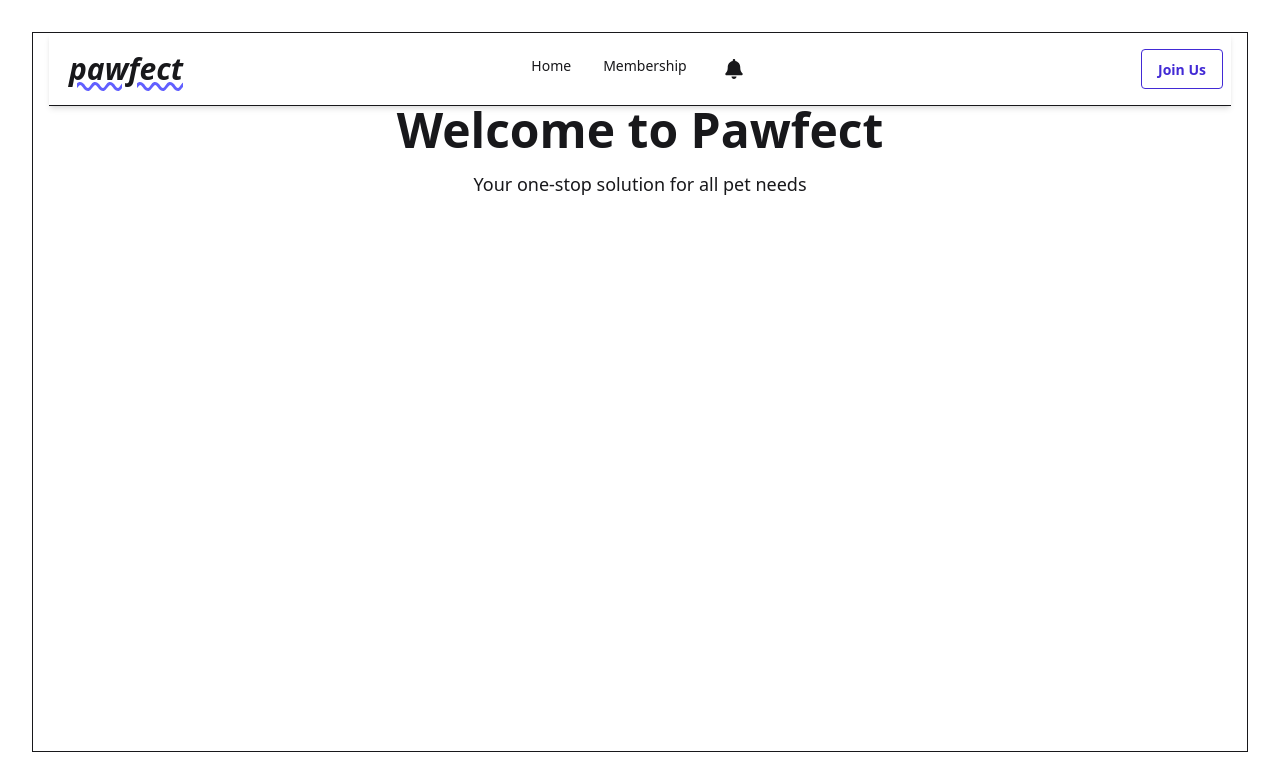
Repository: syedbayzid82849/DevForum_client_site
Page: /
An editor plug-in stored every save of this project. The page is shown before and after the next save, followed by the edit.
The browser window is 1280 px wide. The pictures show the whole page.
The project was rebuilt for these pictures with package versions that can differ from the ones it lists, and the page was loaded fresh each time. Also part of the build but not shown: vite.config.js, src/App.jsx, src/components/Navbar/JoinUsModal.jsx, src/pages/Authentication/Login.jsx, src/pages/Authentication/AuthLayout.jsx, src/pages/Authentication/Register.jsx.

Above is the page before, as saved 2025-07-08 22:39:18.

### src/main.jsx
import { StrictMode } from 'react'
import { createRoot } from 'react-dom/client'
import './index.css'
import App from './App.jsx'
import { RouterProvider } from 'react-router'
import router from './Routers/router.jsx'
import AuthProvider from './context/AuthProvider.jsx'

createRoot(document.getElementById('root')).render(
  <StrictMode>
    <AuthProvider>
      <RouterProvider router={router} />
    </AuthProvider>
  </StrictMode>,
)

### src/Routers/router.jsx
import React from 'react';
import { createBrowserRouter } from 'react-router';
import MainLayout from '../layouts/MainLayout/MainLayout';
import Login from '../pages/Authentication/Login';
import Home from '../pages/Home/Home';
import AuthLayout from '../pages/Authentication/AuthLayout';
import Register from '../pages/Authentication/Register';

const router = createBrowserRouter([
    {
        path: "/",
        element: <MainLayout></MainLayout>,
        children: [
            {
                index: true,
                element: <Home />,
            },
        ],
    },
    {
        path: "/",
        element: <AuthLayout />,
        children: [
            {
                path: "/login",
                element: <Login />,
            },
            {
                path: "/register",
                element: <Register />,
            },
        ],
    },
]);

export default router;

### src/context/AuthProvider.jsx
import React, { useEffect, useState } from 'react';
import { createUserWithEmailAndPassword, GithubAuthProvider, GoogleAuthProvider, onAuthStateChanged, signInWithEmailAndPassword, signInWithPopup, signOut, updateProfile } from "firebase/auth";
import { AuthContext } from '../context/AuthContext';
import { auth } from '../firebase/firebase.init';


const AuthProvider = ({ children }) => {
    const provider = new GoogleAuthProvider();
    // loading
    const [loading, setLoading] = useState(true);
    // user chack
    const [user, setUser] = useState(null);
    console.log(user);

    // create user with name, email, password, photoURL
    const createUserWithEP = (email, password) => {
        setLoading(true);
        return createUserWithEmailAndPassword(auth, email, password)
    }

    // log in user with email and password
    const loginUserWithEP = (email, password) => {
        setLoading(true);
        return signInWithEmailAndPassword(auth, email, password)
    }

    // sign in with google
    const userWithGoogle = () => {
        setLoading(true);
        return signInWithPopup(auth, provider)
    }


    // update user profile (new function)
    const updateUserProfile = (name, photo) => {
        setLoading(true);
        return updateProfile(auth.currentUser, {
            displayName: name,
            photoURL: photo
        });
    }

    // sign out user
    const signOutUser = () => {
        setLoading(true);
        return signOut(auth);
    }

    // // get all courses from the server
    // const getAllCourses = () => {
    //     setLoading(true);
    //     return axios.get('https://academix-hub-server.vercel.app/all-course')
    //         .then(response => {
    //             setLoading(false);
    //             return response.data;
    //         })
    //         .catch(error => {
    //             console.error("Error fetching courses:", error);
    //             throw error;
    //         });
    // }

    // user check
    useEffect(() => {
        const unsubscribe = onAuthStateChanged(auth, (currentUser) => {
            setUser(currentUser);
            setLoading(false);
        });
        return () => unsubscribe();
    }, []);



    const authInformation = {
        user,
        setUser,
        loading,
        setLoading,
        createUserWithEP,
        loginUserWithEP,
        userWithGoogle,
        updateUserProfile,
        signOutUser,
    };
    return (
        <AuthContext.Provider value={authInformation}>
            {children}
        </AuthContext.Provider>
    );
};

export default AuthProvider;

### src/layouts/MainLayout/MainLayout.jsx
import React from 'react';
import Navbar from '../../components/Navbar/Navbar';
import { Outlet } from 'react-router';

const MainLayout = () => {
    return (
        <div className="min-h-screen max-w-7xl mx-auto flex flex-col px-4 border">
            <Navbar />

            <main className="flex-1">
                <Outlet />
            </main>

            {/* <Footer /> */}
        </div>
    );
};

export default MainLayout;

### src/pages/Home/Home.jsx
import React from 'react';
import HeroSection from './HeroSection';

const Home = () => {
    return (
        <div>
            <HeroSection />
        </div>
    );
};

export default Home;

### src/firebase/firebase.init.js
// Import the functions you need from the SDKs you need
import { initializeApp } from "firebase/app";
import { getAuth } from "firebase/auth";

// TODO: Add SDKs for Firebase products that you want to use
// https://firebase.google.com/docs/web/setup#available-libraries

// Your web app's Firebase configuration
const firebaseConfig = {
    apiKey: import.meta.env.VITE_apiKey, // Use VITE_ prefix for environment variables in Vite
    authDomain: import.meta.env.VITE_authDomain, // Use VITE_ prefix for environment variables in Vite
    projectId: import.meta.env.VITE_projectId, // Use VITE_ prefix for environment variables in Vite
    storageBucket: import.meta.env.VITE_storageBucket, // Use VITE_ prefix for environment variables in Vite
    messagingSenderId: import.meta.env.VITE_messagingSenderId, // Use VITE_ prefix for environment variables in Vite
    appId: import.meta.env.VITE_appId // Use VITE_ prefix for environment variables in Vite
};

// Initialize Firebase
const app = initializeApp(firebaseConfig);


// Initialize Firebase Authentication and get a reference to the service
export const auth = getAuth(app);

### src/components/Navbar/Navbar.jsx
import { Link, NavLink } from "react-router";
import { FaBell, FaBars } from "react-icons/fa";
import { FiLogOut } from "react-icons/fi";
import { MdDashboard } from "react-icons/md";
import JoinUsModal from "./JoinUsModal";
import React, { useContext } from "react";
import { AuthContext } from "../../context/AuthContext";

const Navbar = () => {
    const { user , logOut } = useContext(AuthContext);
    // logout system
    const handleLogOut = () => {
        console.log("Logout clicked");
        logOut();
    };
    const navItems = (
        <>
            <li>
                <NavLink to="/" className="font-medium">Home</NavLink>
            </li>
            <li>
                <NavLink to="/membership" className="font-medium">Membership</NavLink>
            </li>
            {user && (
                <>
                    <li>
                        <NavLink to="/dashboard" className="font-medium flex items-center gap-1">
                            <MdDashboard />
                            Dashboard
                        </NavLink>
                    </li>
                    <li>
                        <button onClick={() => handleLogOut()} className="font-medium flex items-center gap-1">
                            <FiLogOut />
                            Logout
                        </button>
                    </li>
                </>
            )}
            <li>
                <button className="btn btn-ghost text-xl">
                    <FaBell />
                </button>
            </li>
        </>
    );
    const [isModalOpen, setIsModalOpen] = React.useState(false);


    return (
        <>
            <div className="bg-base-100 w-full shadow-md  border-b">
                <div className="navbar max-w-7xl mx-auto ">

                    {/* Navbar Start */}
                    <div className="navbar-start flex items-center gap-2">
                        {/* Hamburger Menu (Mobile only) */}
                        <div className="dropdown">
                            <div tabIndex={0} className="btn btn-ghost pl-2 lg:hidden">
                                <FaBars className="text-xl" />
                            </div>
                            <ul
                                tabIndex={0}
                                className="menu menu-sm dropdown-content mt-3 z-[50] p-3 shadow bg-base-100 rounded-box w-52 space-y-1"
                            >
                                {navItems}
                            </ul>
                        </div>

                        {/* Logo - large screen only */}
                        <Link to="/" className="hidden lg:flex justify-center items-center ml-1">
                            <span className="text-3xl font-semibold italic underline decoration-wavy decoration-indigo-500">
                                pawfect
                            </span>
                        </Link>
                    </div>

                    {/* Logo - small screen only */}
                    <div className="navbar-center lg:hidden">
                        <Link to="/" className="ml-2">
                            <span className="text-3xl font-semibold italic underline decoration-wavy decoration-indigo-500">
                                pawfect
                            </span>
                        </Link>
                    </div>

                    {/* Large screen nav menu */}
                    <div className="navbar-center hidden lg:flex">
                        <ul className="menu menu-horizontal px-1 space-x-2">{navItems}</ul>
                    </div>

                    {/* Navbar End - Profile Dropdown */}
                    <div className="navbar-end">
                        {user ? (
                            // Logged-in view: show profile dropdown
                            <div className="dropdown dropdown-end">
                                <div tabIndex={0} className="btn btn-circle avatar online">
                                    <img
                                        src={user.photoURL || "/src/assets/user-default.jpg"}
                                        alt="Profile"
                                        className="rounded-full w-10 h-10"
                                    />
                                </div>
                                <ul
                                    tabIndex={0}
                                    className="mt-3 z-[50] p-2 shadow menu menu-sm dropdown-content bg-base-100 rounded-box w-52"
                                >
                                    <li>
                                        <p className="text-sm text-center font-semibold">
                                            {user.displayName}
                                        </p>
                                    </li>
                                    <li>
                                        <Link to="/dashboard">
                                            <MdDashboard />
                                            Dashboard
                                        </Link>
                                    </li>
                                    <li>
                                        <button onClick={() => handleLogOut()} className="flex items-center gap-1">
                                            <FiLogOut />
                                            Logout
                                        </button>
                                    </li>
                                </ul>
                            </div>
                        ) : (
                            // Not logged in: show Join Us button
                            <button
                                onClick={() => setIsModalOpen(true)}
                                className="btn btn-outline btn-primary ">
                                Join Us
                            </button>
                        )}
                    </div>
                </div>
            </div>
            {/* Join Us Modal */}
            {isModalOpen && <JoinUsModal closeModal={() => setIsModalOpen(false)} />}
        </>
    );
};

export default Navbar;

### src/pages/Home/HeroSection.jsx
import React from 'react';

const HeroSection = () => {
    return (
        <div>
            <h1 className="text-5xl font-bold">Welcome to Pawfect</h1>
            <p className="mt-4 text-lg">Your one-stop solution for all pet needs</p>
        </div>
    );
};

export default HeroSection;

Loaded but not shown: index.html (common file); src/index.css (common file); src/App.css (common file); src/context/AuthContext.jsx (common file)

After the next save:
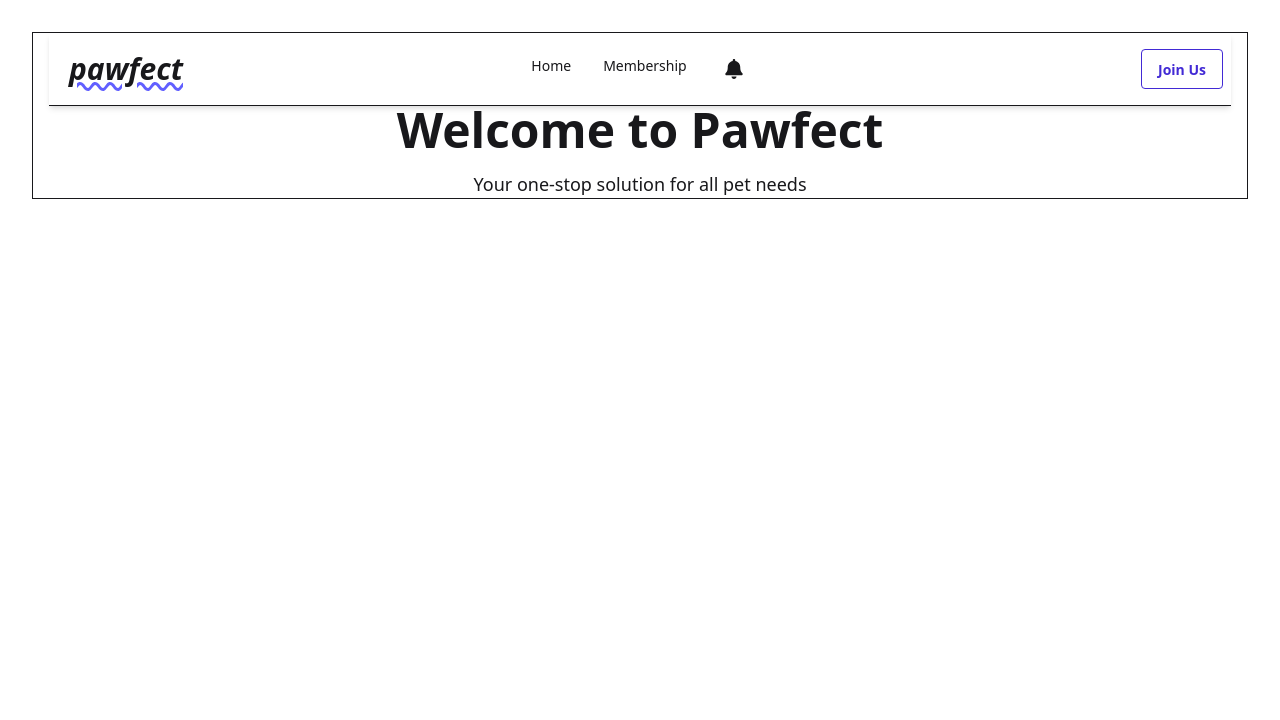
Saved 2 min 6 s later.
--- a/src/layouts/MainLayout/MainLayout.jsx
+++ b/src/layouts/MainLayout/MainLayout.jsx
@@ -4,7 +4,7 @@ import { Outlet } from 'react-router';
 
 const MainLayout = () => {
     return (
-        <div className="min-h-screen max-w-7xl mx-auto flex flex-col px-4 border">
+        <div className=" mx-auto flex flex-col px-4 border">
             <Navbar />
 
             <main className="flex-1">
